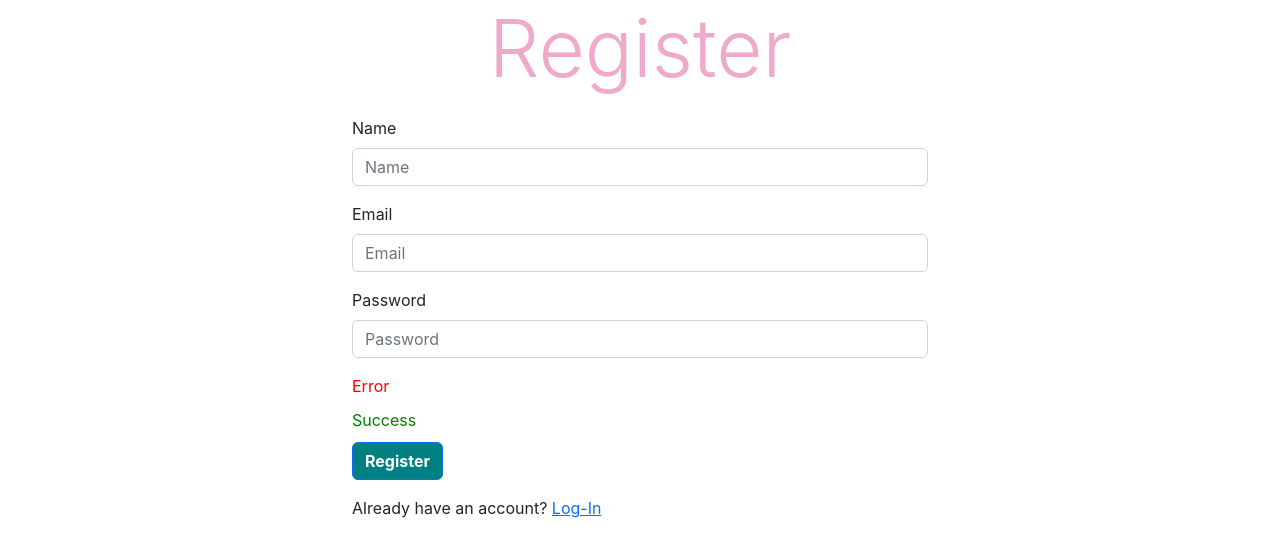
Repository: LolaSL/multi-niche-blog
Page: /register (app in frontend/)
The author's editor kept a copy of each file at every save. The page is drawn from the files as they stood at one save, then again after the next save.
The browser window is 1280 px wide. The pictures show the whole page.
The project was rebuilt for these pictures with package versions that can differ from the ones it lists, and the page was loaded fresh each time. Also part of the build but not shown: frontend/src/pages/Login.jsx, frontend/src/pages/Post.jsx, frontend/src/pages/CreatePost.jsx, frontend/src/pages/Home.jsx, frontend/src/components/Navbars.jsx, frontend/src/components/Footer.jsx.

Above is the page before, as saved 2023-01-29 09:38:54.

### frontend/public/index.html
<!DOCTYPE html>
<html lang="en">
  <head>
    <meta charset="utf-8" />
    <link rel="icon" href="%PUBLIC_URL%/favicon.ico" />
    <meta name="viewport" content="width=device-width, initial-scale=1" />
    <meta name="theme-color" content="#000000" />
    <meta
      name="description"
      content="Web site created using create-react-app"
    />
    <link rel="apple-touch-icon" href="%PUBLIC_URL%/logo192.png" />
    <!--
      manifest.json provides metadata used when your web app is installed on a
      user's mobile device or desktop. See https://developers.google.com/web/fundamentals/web-app-manifest/
    -->
    <link rel="manifest" href="%PUBLIC_URL%/manifest.json" />
    <link rel="stylesheet" href="https://cdn.jsdelivr.net/npm/bootstrap@5.2.3/dist/css/bootstrap.min.css"
    integrity="sha384-rbsA2VBKQhggwzxH7pPCaAqO46MgnOM80zW1RWuH61DGLwZJEdK2Kadq2F9CUG65" crossorigin="anonymous" />
  <link rel="stylesheet" href="https://cdnjs.cloudflare.com/ajax/libs/font-awesome/6.2.1/css/all.min.css" />
    <!--
      Notice the use of %PUBLIC_URL% in the tags above.
      It will be replaced with the URL of the `public` folder during the build.
      Only files inside the `public` folder can be referenced from the HTML.

      Unlike "/favicon.ico" or "favicon.ico", "%PUBLIC_URL%/favicon.ico" will
      work correctly both with client-side routing and a non-root public URL.
      Learn how to configure a non-root public URL by running `npm run build`.
    -->
    <title>React App</title>
  </head>
  <body>
    <noscript>You need to enable JavaScript to run this app.</noscript>
    <div id="root"></div>
    <!--
      This HTML file is a template.
      If you open it directly in the browser, you will see an empty page.

      You can add webfonts, meta tags, or analytics to this file.
      The build step will place the bundled scripts into the <body> tag.

      To begin the development, run `npm start` or `yarn start`.
      To create a production bundle, use `npm run build` or `yarn build`.
    -->
  </body>
</html>

### frontend/src/index.css
body {
  margin: 0;
  font-family: -apple-system, BlinkMacSystemFont, "Segoe UI", "Roboto", "Oxygen",
    "Ubuntu", "Cantarell", "Fira Sans", "Droid Sans", "Helvetica Neue",
    sans-serif;
  -webkit-font-smoothing: antialiased;
  -moz-osx-font-smoothing: grayscale;
}

code {
  font-family: source-code-pro, Menlo, Monaco, Consolas, "Courier New",
    monospace;
}
.app {
  display: flex;
}
.link {
  text-decoration: none;
  color: inherit;
}
.container {
  width: 1124px;
}
/* Login & Registration */

h1 {
  font-size: 20px;
  color: hsl(331, 71%, 80%);
  margin-bottom: 20px;
}
.small-container {
  max-width: 600px;
}
.btn {
  background-color: teal;
  font-weight: bold;
  color: white;
}
.btn:hover {
  background-color: hsl(264, 25%, 63%);
  font-weight: bold;
}

/* Navbar */
.logo-image {
  background-color: rgb(237, 203, 233);
  width: 40%;
  height: 40%;
  border-radius: 50%;
}
h6 {
  font-size: 16px;
  font-weight: 300;
  margin: 10px;
  color: hsl(205, 100%, 17%);
}
.navbar {
  padding: 10px 0;
  justify-content: space-between;
  width: 1124px;
}

.links {
  display: flex flex;
  align-items: center;
  gap: 15px;
}
.create {
  background-color: hsl(312, 58%, 85%);
  width: 60px;
  height: 60px;
  border-radius: 50%;
  display: flex;
  align-items: center;
  justify-content: center;
  font-weight: 600;
  border: 1px solid white;
  color: hsl(205, 100%, 17%);
}
.create:hover {
  color: white;
  background-color: hsl(331, 71%, 80%);
  border: 1px solid hsl(264, 25%, 63%);
  font-weight: 600;
}
/* Footer */
footer {
  margin-top: 100px;
  padding: 20px;
  background-color: hsl(312, 58%, 85%);
  display: flex;
  align-items: center;
  justify-content: space-between;
  font-size: 12px;
  color: hsl(205, 100%, 17%);
}
.footer-image {
  background-color: hsl(312, 58%, 85%);
  width: 10%;
  height: 10%;
  border-radius: 50%;
}

/* Home */
.posts {
  margin-top: 50px;
  display: flex;
  flex-direction: column;
  gap: 150px;
}
.post {
  display: flex;
  gap: 100px;
}
.post:nth-child(2n + 1) {
  flex-direction: row-reverse;
}

.post-image {
  flex: 2;
  position: relative;
}
.post-image::after {
  content: "";
  width: 100%;
  height: 100%;
  background-color: hsl(331, 71%, 80%);
  position: absolute;
  top: 20px;
  left: -20px;
  z-index: -1;
}

img {
  width: 100%;
  max-height: 400px;
  object-fit: cover;
}
.content {
  flex: 3;
  display: flex;
  flex-direction: column;
  justify-content: space-between;
}
h1 {
  font-size: 48px;
}

p {
  font-size: 18px;
}

button {
  width: max-content;
  padding: 10px 20px;
  border: none;
  cursor: pointer;
  /* background-color: white;
  border: 1px solid hsl(331, 71%, 80%);
  color: hsl(331, 71%, 80%); */
}

/* button:hover {
  border: 1px solid white;
  background-color: hsl(331, 71%, 80%);
  color: black;
} */

### frontend/src/App.js
import React from "react";
import { createBrowserRouter, RouterProvider, Outlet } from "react-router-dom";
import Register from './pages/Register';
import Login from './pages/Login';
import Post from './pages/Post';
import CreatePost from './pages/CreatePost';
import Home from './pages/Home';
import Navbars from "./components/Navbars";
import Footer from "./components/Footer";
import Container from "react-bootstrap/Container";

const Layout = () => {
  return(
    <>
    <Navbars />
    <Outlet/>
    <Footer />
    </>
  )
}
const router = createBrowserRouter([
  {
    path: "/", element: <Layout />,
    children: [
      { path: "/", element: <Home /> },
      { path: "/post/:id", element: <Post /> },
      { path: "/createpost", element: <CreatePost /> },
    ]

  },
  { path: "/register", element: <Register /> },
  { path: "/login", element: <Login /> },
]);

function App() {
  return (
    <div className="App">
      <Container className="container">
             <RouterProvider router={router}></RouterProvider>
</Container>


    </div>
  );
}




export default App;

### frontend/src/pages/Register.jsx
import React from 'react';
import Container from "react-bootstrap/Container";
import Form from "react-bootstrap/Form";
import Button from "react-bootstrap/Button";
import { Link, useLocation } from "react-router-dom";

const Register = () => {
    const { search } = useLocation();

    const redirectInUrl = new URLSearchParams(search).get("redirect");
    const redirect = redirectInUrl ? redirectInUrl : "/";
  return (
    <Container className="small-container">
    <div>
      <h1 className="font-weight-light display-1 text-center">Register</h1>
    </div>
          <Form
            //   onSubmit={(e) => onSubmit(e)}
          >
      <Form.Group className="mb-3">
        <Form.Label>Name</Form.Label>
        <Form.Control
        //   onChange={(e) => onChange(e)}
        //   value={values.name}
          id='email'
          name="name"
          placeholder='Name'
          className='form-control'
          required />
      </Form.Group>

      <Form.Group className="mb-3">
        <Form.Label>Email</Form.Label>
        <Form.Control
        //   onChange={(e) => onChange(e)}
          type="email"
          required
          id='email'
          name='email'
          className='form-control'
        //   value={values.email}
          placeholder='Email'
        />
      </Form.Group>
      <Form.Group className="mb-3" >
        <Form.Label>Password</Form.Label>
        <Form.Control
        // onChange={(e) => onChange(e)}
        type='password'
        // value={values.password}
          placeholder='Password'
          className='form-control'
          id='password'
          name='password'
        required
         autoComplete="new-password"
        />

      </Form.Group>
      <div style={{ color: 'red', margin: '10px 0' }}>Error</div>
      <div style={{ color: 'green', margin: '10px 0' }}>Success</div>
      <div className="mb-3">
        <Button type="submit">Register</Button>
      </div>
      <div className="mb-3">
        Already have an account?{" "}
        <Link to={`/login?redirect=${redirect}`}>Log-In</Link>
      </div>
    </Form>
  </Container>
);
};

export default Register;

Loaded but not shown: frontend/src/index.js (common file); frontend/src/reportWebVitals.js (common file)

After the next save:
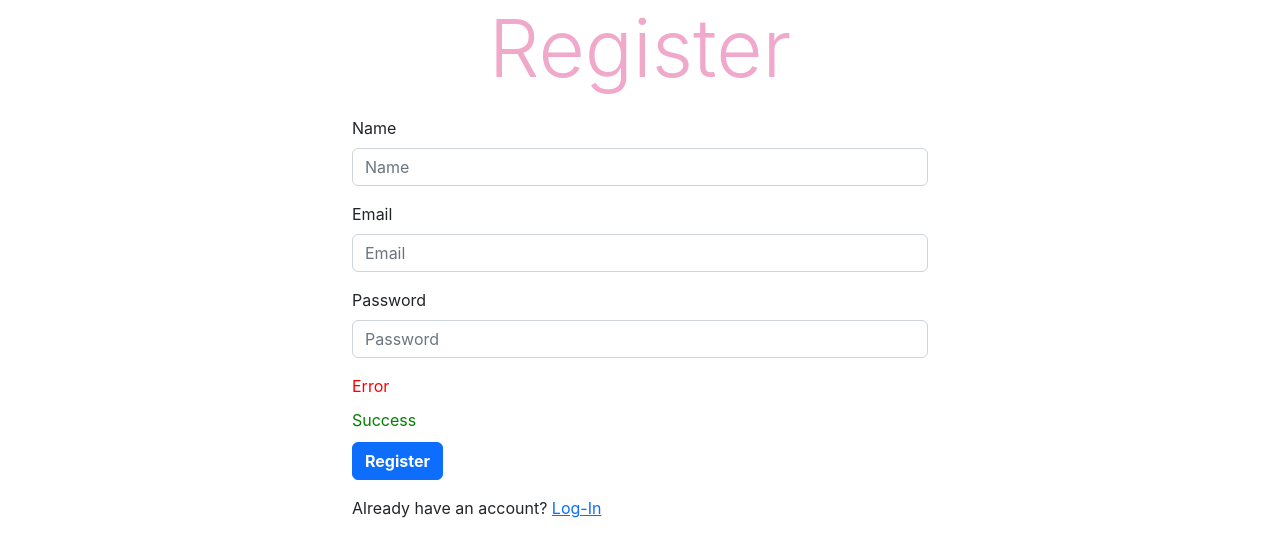
Saved 33 s later.
--- a/frontend/src/index.css
+++ b/frontend/src/index.css
@@ -32,12 +32,12 @@ h1 {
   max-width: 600px;
 }
 .btn {
-  background-color: teal;
+
   font-weight: bold;
   color: white;
 }
 .btn:hover {
-  background-color: hsl(264, 25%, 63%);
+  background-color: hsl(264, 25%, 63%);  background-color: teal;
   font-weight: bold;
 }
 
